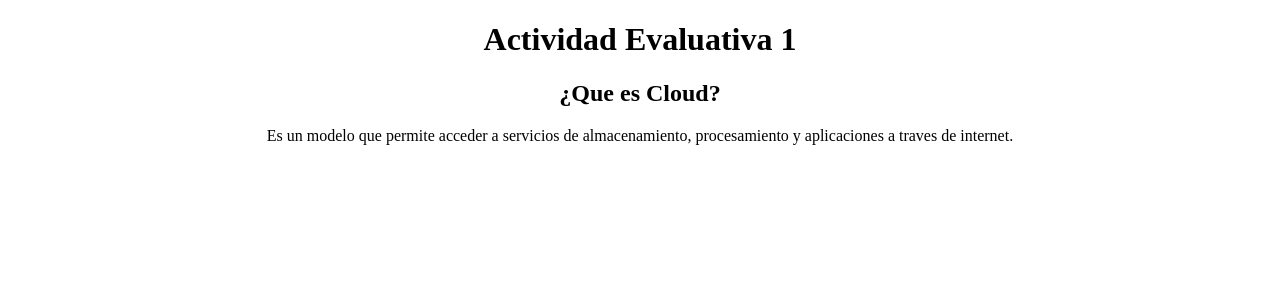
Repository: Laura-Oliveros/Actividad-Evaluativa-1
Page: LauSebas.html
The author's editor kept a copy of each file at every save. The page is drawn from the files as they stood at one save, then again after a run of saves.
The browser window is 1280 px wide. The pictures show the whole page.

Above is the page before, as saved 2025-09-04 18:50:13.

### LauSebas.html
<!DOCTYPE html>
<html lang="en">
<head>
    <meta charset="UTF-8">
    <meta name="viewport" content="width=device-width, initial-scale=1.0">
    <title>Actividad Evaluativa 1</title>
</head>
<body>
    <div class="contenedor" style="text-align: center;">
        <h1>Actividad Evaluativa 1</h1>
        <h2>¿Que es Cloud?</h2>
        <p>Es un modelo que permite acceder a servicios de almacenamiento, procesamiento y aplicaciones a traves de internet.</p>
    </div>

    <div class="co"

</body>
</html>

After the next 2 saves:
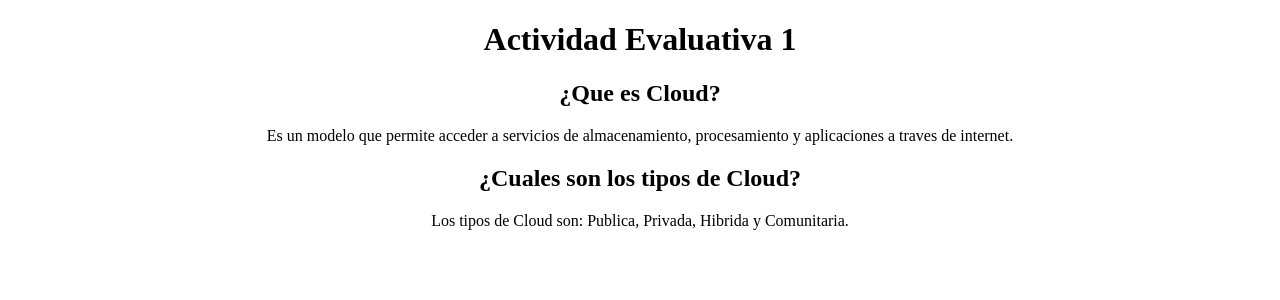
The 2 saves are shown as one change because they came seconds apart.
The last was saved 11 s later.
--- a/LauSebas.html
+++ b/LauSebas.html
@@ -12,7 +12,9 @@
         <p>Es un modelo que permite acceder a servicios de almacenamiento, procesamiento y aplicaciones a traves de internet.</p>
     </div>
 
-    <div class="co"
+    <div class="contenedor" style="text-align: center;">
+        <h2>¿Cuales son los tipos de Cloud?</h2>
+        <p>Los tipos de Cloud son: Publica, Privada, Hibrida y Comunitaria.</p>
 
 </body>
 </html>
